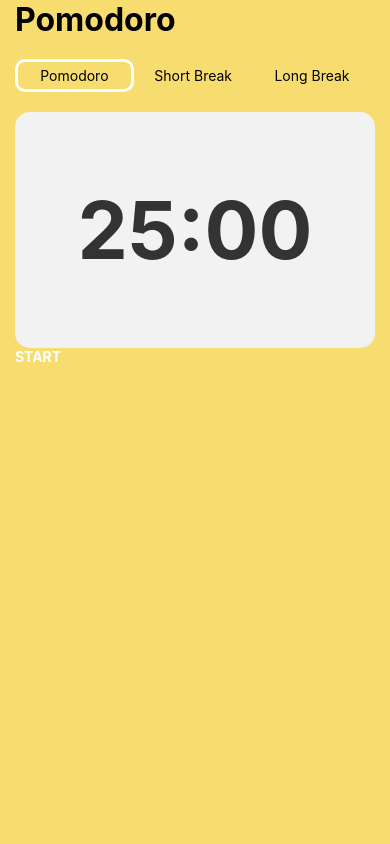
Repository: rchavarria77/pomodoro-app
Screen: /
The author's editor kept a copy of each file at every save. The screen is drawn from the files as they stood at one save, then again after the next save.
The app was drawn by React Native's web renderer in a window 390 px wide. The project was rebuilt for these pictures with package versions that can differ from the ones it lists, and the page was loaded fresh each time.

Above is the screen before, as saved 2024-02-01 01:07:11.

### App.js
import { useState } from 'react';
import {
  Platform,
  SafeAreaView,
  StyleSheet,
  Text,
  TouchableOpacity,
  View,
} from 'react-native';
import { Header } from './src/components/Header';
import { Timer } from './src/components/Timer';

const colors = ['#F7DC6F', '#A2D9CE', '#D7BDE2'];

export default function App() {
  const [isWorking, setIsWorking] = useState(false);
  const [time, setTime] = useState(25 * 60);
  const [currentTime, setCurrentTime] = useState('POMO' | 'SHORT' | 'BREAK');
  const [isActive, setIsActive] = useState(false);

  return (
    <SafeAreaView
      style={[styles.container, { backgroundColor: colors[currentTime] }]}
    >
      <View
        style={{
          paddingHorizontal: 15,
          paddingTop: Platform.OS === 'android' && 30,
          flex: 1,
        }}
      >
        <Text style={styles.text}>Pomodoro</Text>
        <Header
          setTime={setTime}
          currentTime={currentTime}
          setCurrentTime={setCurrentTime}
        />
        <Timer time={time} />
        <TouchableOpacity style={styles.button}>
          <Text style={{ color: 'white', fontWeight: 'bold' }}>
            {isActive ? 'STOP' : 'START'}
          </Text>
        </TouchableOpacity>
      </View>
    </SafeAreaView>
  );
}

const styles = StyleSheet.create({
  container: {
    flex: 1,
  },
  text: { fontSize: 32, fontWeight: 'bold' },
});

### src/components/Header.jsx
import { StyleSheet, Text, TouchableOpacity, View } from 'react-native';

const options = ['Pomodoro', 'Short Break', 'Long Break'];

export const Header = ({ setTime, currentTime, setCurrentTime }) => {
  const handlePress = (index) => {
    const newTime = index === 0 ? 25 : index === 1 ? 5 : 15;
    setCurrentTime(index);
    setTime(newTime * 60);
  };

  return (
    <View style={{ flexDirection: 'row' }}>
      {options.map((option, i) => (
        <TouchableOpacity
          key={i}
          style={[
            styles.itemStyle,
            currentTime !== i && { borderColor: 'transparent' },
          ]}
          onPress={() => handlePress(i)}
        >
          <Text>{option}</Text>
        </TouchableOpacity>
      ))}
    </View>
  );
};

const styles = StyleSheet.create({
  itemStyle: {
    width: '33%',
    borderWidth: 3,
    padding: 5,
    borderColor: 'white',
    marginVertical: 20,
    borderRadius: 10,
    alignItems: 'center',
  },
});

### src/components/Timer.jsx
import { StyleSheet, Text, View } from 'react-native';

export const Timer = ({ time }) => {
  const formattedTime = `${Math.floor(time / 60)
    .toString()
    .padStart('2', 0)}:${(time % 60).toString().padStart('2', '0')}`;

  return (
    <View style={styles.container}>
      <Text style={styles.time}>{formattedTime}</Text>
    </View>
  );
};

const styles = StyleSheet.create({
  container: {
    flex: 0.3,
    justifyContent: 'center',
    backgroundColor: '#F2F2F2',
    padding: 15,
    borderRadius: 15,
  },
  time: {
    fontSize: 80,
    fontWeight: 'bold',
    textAlign: 'center',
    color: '#333333',
  },
});

After the next save:
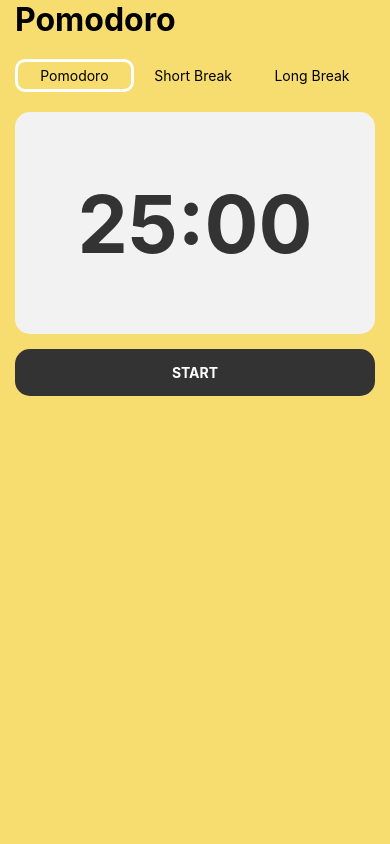
Saved 84 s later.
--- a/App.js
+++ b/App.js
@@ -50,5 +50,15 @@ const styles = StyleSheet.create({
   container: {
     flex: 1,
   },
-  text: { fontSize: 32, fontWeight: 'bold' },
+  text: {
+    fontSize: 32,
+    fontWeight: 'bold',
+  },
+  button: {
+    alignItems: 'center',
+    backgroundColor: '#333333',
+    padding: 15,
+    borderRadius: 15,
+    marginTop: 15,
+  },
 });
